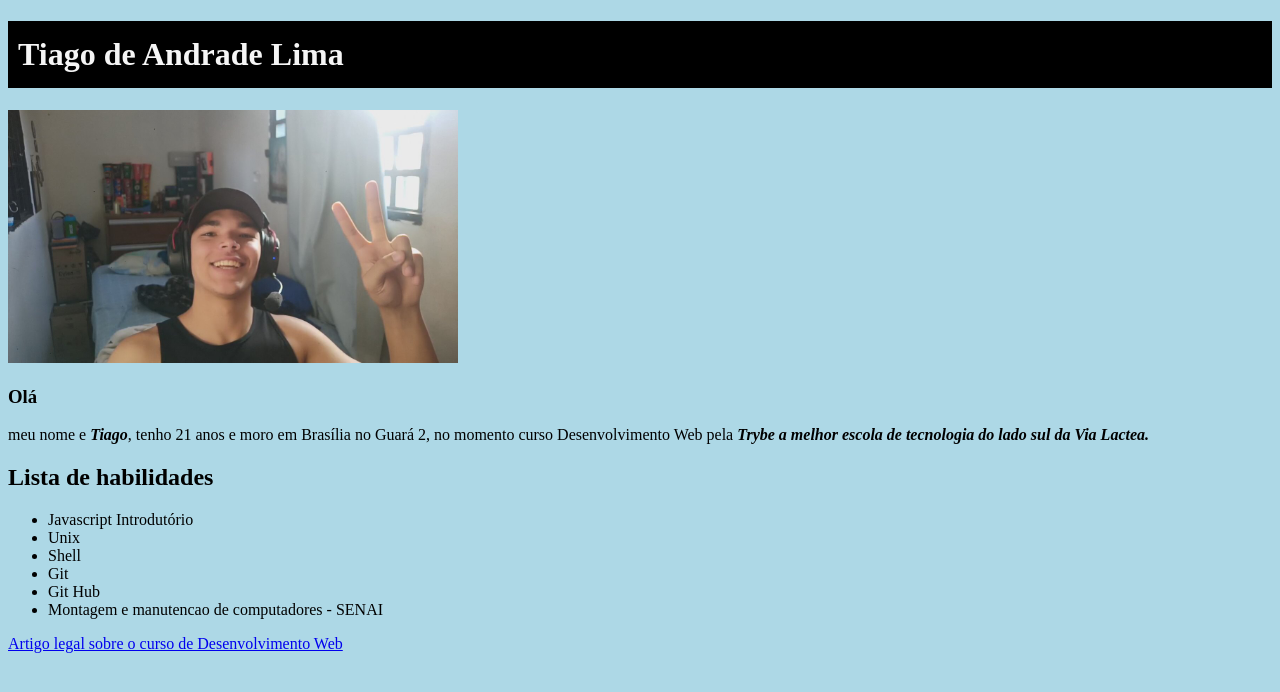
Repository: Batatiago/Batatiago.github.io
Page: index.html
An editor plug-in stored every save of this project. The page is shown before and after the next save, followed by the edit.
The browser window is 1280 px wide. The pictures show the whole page.

Above is the page before, as saved 2023-06-28 23:21:15.

After the next save:
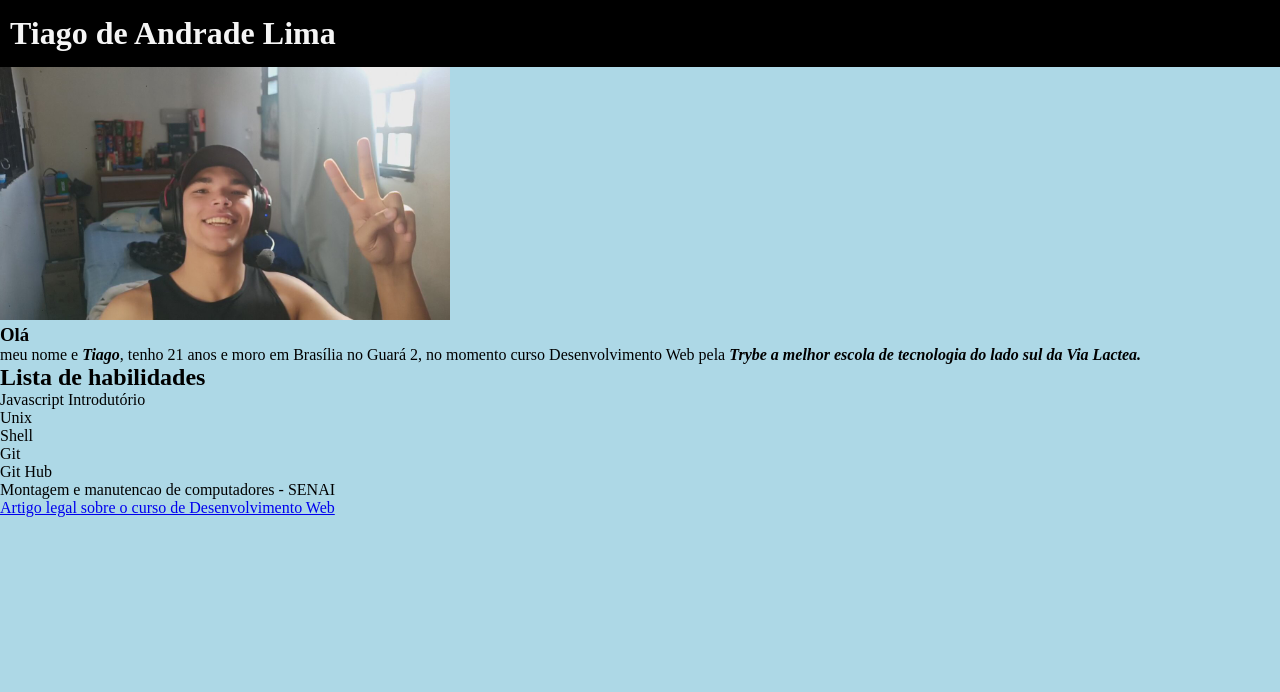
Saved 104 s later.
--- a/style.css
+++ b/style.css
@@ -1,8 +1,8 @@
 *{
    background-color: lightblue;
-   margin: none;
-   border: none;
-   padding: none;
+   margin: 0;
+   border: 0;
+   padding: 0;
 }
 
 .meuNome{
